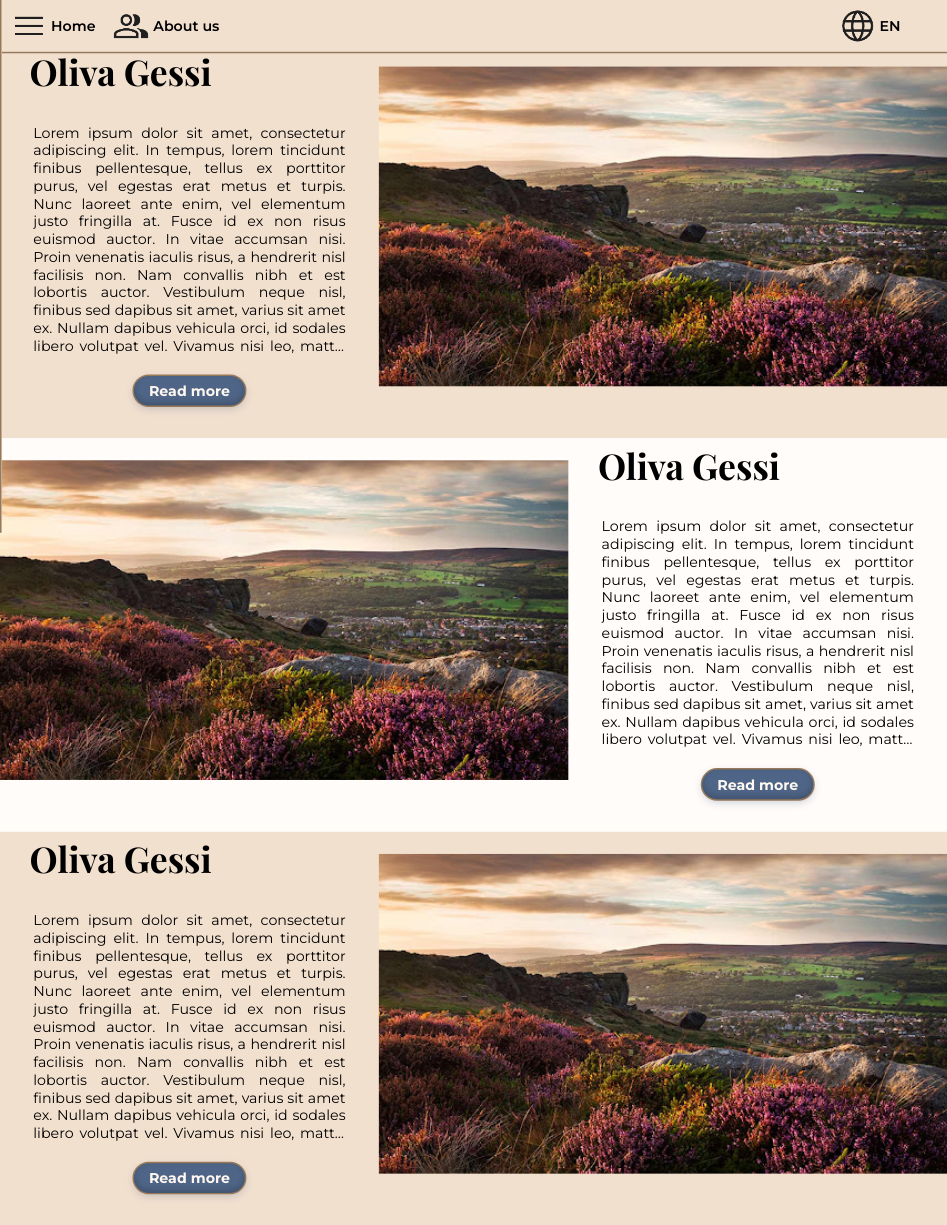
Repository: Seaside-Jokers/Oliva-gessi
Page: index.html
An editor plug-in stored every save of this project. The page is shown before and after the next save, followed by the edit.
The browser window is 1280 px wide. The pictures show the whole page, at 74% of full size.
Some web fonts or font styles are not loaded; a fallback is used.

Above is the page before, as saved 2026-02-18 16:02:56.

### index.html
<!DOCTYPE html>
<html lang="it">
<head>
    <meta charset="UTF-8">
    <title>Oliva Gessi</title>
    <link rel="stylesheet" href="src/style.css">
    <link rel="alternate" hreflang="en" href="index.html">
    <link rel="alternate" hreflang="it" href="index.html">
    <link rel="preconnect" href="https://fonts.googleapis.com">
    <link rel="preconnect" href="https://fonts.gstatic.com" crossorigin>
    <link href="https://fonts.googleapis.com/css2?family=Playfair+Display:ital,wght@0,400..900;1,400..900&display=swap" rel="stylesheet">
</head>
<body>
    <!-- ======================================================================= -->
    <!--                                 NAVBAR                                  -->
    <!-- ======================================================================= -->
    <nav class="navbar">
        <!-- Home -->
        <button class="btn-navbar" type="button" onclick="toggleMenu()">
            <img src="assets/menu_icon.png" data-key="home" alt="Home" class="icone" id="navbar-button">
            <span data-key="home" class="nav-data">Menu</span>
        </button>
        <!-- About us-->
        <button class="btn-navbar" type="button" onclick="location.href='about-us.html'">
            <img src="assets/about_us.png" data-key="about" alt="Chi siamo" class="icone">
            <span data-key="about" class="nav-data">Chi siamo</span>
        </button>
        <!-- Cambio lingua (a destra) -->
        <button class="btn-navbar lang-button" type="button" onclick="changeLang()">
            <img src="assets/language.png" data-key="language" alt="Cambia lingua" class="icone">
            <span data-key="current_language" class="nav-data">IT</span>
        </button>
    </nav>
    <!-- ======================================================================= -->
    <!--                                 SIDEBAR                                 -->
    <!-- ======================================================================= -->
    <!-- Strato trasparente che permette di chiudere il menu cliccando fuori -->
    <div class="clicker" onclick="closeMenu()"></div>
    <!-- Menu laterale vero e proprio -->
    <div class="sidebar" id="sidebar">
        <!-- Chiudi il menu -->
        <button class="sidebar-button" type="button" onclick="closeMenu()">
            <img src="assets/close.png" alt="Chiudi menu" class="icone large">
            <span data-key="close_menu" class="side-data">Chiudi</span>
        </button>
        <!-- About us -->
        <button class="sidebar-button" type="button" onclick="location.href='about-us.html'">
            <img src="assets/about_us.png" alt="Chiudi menu" class="icone large">
            <span data-key="about" class="side-data">Chi siamo</span>
        </button>
        <details>
            <!-- Le varie pagine del file -->
            <summary data-key="cerca_pagina"></summary>
        </details>
    </div>

    <!-- ======================================================================= -->
    <!--                                CONTENUTO                                -->
    <!-- ======================================================================= -->
    <div class="blocco">
        <img src="assets/immagine_16x9.jpg" alt="Foto placeholder del primo blocco" data-key="alt_img1" class="foto-blocco">
        <div class="container-testo-blocco">
            <h1 class="titolo-blocco" data-key="title_1">Oliva Gessi</h1>
            <p class="testo-blocco" data-key="testo_1">Lorem ipsum dolor sit amet, consectetur adipiscing elit. In tempus, lorem tincidunt finibus pellentesque, tellus ex porttitor purus, vel egestas erat metus et turpis. Nunc laoreet ante enim, vel elementum justo fringilla at. Fusce id ex non risus euismod auctor. In vitae accumsan nisi. Proin venenatis iaculis risus, a hendrerit nisl facilisis non. Nam convallis nibh et est lobortis auctor. Vestibulum neque nisl, finibus sed dapibus sit amet, varius sit amet ex. Nullam dapibus vehicula orci, id sodales libero volutpat vel. Vivamus nisi leo, mattis ut est convallis, pharetra ornare ipsum. Fusce elementum velit at massa mattis rutrum. Curabitur tincidunt consectetur nibh, in molestie urna ullamcorper sed. Interdum et malesuada fames ac ante ipsum primis in faucibus.</p>
            <button class="read-more-button" type="button" onclick="" data-key="read_more">Leggi di più</button>
        </div>
    </div>
    <div class="blocco">
        <img src="assets/immagine_16x9.jpg" alt="Foto placeholder del primo blocco" data-key="alt_img1" class="foto-blocco">
        <div class="container-testo-blocco">
            <h1 class="titolo-blocco" data-key="title_1">Oliva Gessi</h1>
            <p class="testo-blocco" data-key="testo_1">Lorem ipsum dolor sit amet, consectetur adipiscing elit. In tempus, lorem tincidunt finibus pellentesque, tellus ex porttitor purus, vel egestas erat metus et turpis. Nunc laoreet ante enim, vel elementum justo fringilla at. Fusce id ex non risus euismod auctor. In vitae accumsan nisi. Proin venenatis iaculis risus, a hendrerit nisl facilisis non. Nam convallis nibh et est lobortis auctor. Vestibulum neque nisl, finibus sed dapibus sit amet, varius sit amet ex. Nullam dapibus vehicula orci, id sodales libero volutpat vel. Vivamus nisi leo, mattis ut est convallis, pharetra ornare ipsum. Fusce elementum velit at massa mattis rutrum. Curabitur tincidunt consectetur nibh, in molestie urna ullamcorper sed. Interdum et malesuada fames ac ante ipsum primis in faucibus.</p>
            <button class="read-more-button" type="button" onclick="" data-key="read_more">Leggi di più</button>
        </div>
    </div>
    <div class="blocco">
        <img src="assets/immagine_16x9.jpg" alt="Foto placeholder del primo blocco" data-key="alt_img1" class="foto-blocco">
        <div class="container-testo-blocco">
            <h1 class="titolo-blocco" data-key="title_1">Oliva Gessi</h1>
            <p class="testo-blocco" data-key="testo_1">Lorem ipsum dolor sit amet, consectetur adipiscing elit. In tempus, lorem tincidunt finibus pellentesque, tellus ex porttitor purus, vel egestas erat metus et turpis. Nunc laoreet ante enim, vel elementum justo fringilla at. Fusce id ex non risus euismod auctor. In vitae accumsan nisi. Proin venenatis iaculis risus, a hendrerit nisl facilisis non. Nam convallis nibh et est lobortis auctor. Vestibulum neque nisl, finibus sed dapibus sit amet, varius sit amet ex. Nullam dapibus vehicula orci, id sodales libero volutpat vel. Vivamus nisi leo, mattis ut est convallis, pharetra ornare ipsum. Fusce elementum velit at massa mattis rutrum. Curabitur tincidunt consectetur nibh, in molestie urna ullamcorper sed. Interdum et malesuada fames ac ante ipsum primis in faucibus.</p>
            <button class="read-more-button" type="button" onclick="" data-key="read_more">Leggi di più</button>
        </div>
    </div>

    <!--=======================================================================-->
    <!--                      DO NOT TOUCH BELOW THIS LINE                     -->
    <!--=======================================================================-->
    <script src="src/database_testo.js"></script>
    <script src="src/color_scheme.js"></script>
    <script src="src/sidebar.js"></script>
    <script src="src/homepage.js"></script>
</body>

<!-- TODO: leggi questo commento e poi eliminalo per favore: quando vuoi aggiungere un nuovo testo modificalo in src/database_testo.js -->
</html>

### src/style.css
/* -------------------------------------------------------------------------- */
/*                                   COLORI                                   */
/* -------------------------------------------------------------------------- */
:root,
[data-theme="light"] {
    /** BACKGROUND */
    --bg-dark:      hsl(30 58% 88%);
    --bg:           hsl(30 100% 94%);
    --bg-light:     hsl(30 100% 99%);

    /** TESTO */
    --text:         hsl(17 100% 4%);
    --text-muted:   hsl(32 47% 25%);
    --highlight:    hsl(31 100% 97%);

    /** BORDI */
    --border:       hsl(31 26% 47%);
    --border-muted: hsl(31 31% 59%);

    /** COLORI INTERFACCIA */
    --primary:      hsl(37 100% 17%);
    --secondary:    hsl(206 82% 26%);
    --danger:       hsl(9 25% 41%);
    --warning:      hsl(51 29% 33%);
    --success:      hsl(148 24% 35%);
    --info:         hsl(217 26% 42%);
}

[data-theme="dark"] {
    /** BACKGROUND */
    --bg-dark:      hsl(18 100% 1%);
    --bg:           hsl(25 93% 4%);
    --bg-light:     hsl(31 65% 7%);

    /** TESTO */
    --text:         hsl(31 100% 92%);
    --text-muted:   hsl(31 39% 67%);
    --highlight:    hsl(31 33% 36%);

    /** BORDI */
    --border:       hsl(32 47% 25%);
    --border-muted: hsl(34 84% 14%);

    /** COLORI INTERFACCIA */
    --primary:      hsl(31 62% 64%);
    --secondary:    hsl(209 77% 71%);
    --danger:       hsl(9 31% 65%);
    --warning:      hsl(52 22% 56%);
    --success:      hsl(147 21% 58%);
    --info:         hsl(217 34% 65%);
}

/* Fallback per chi non ha JavaScript: segue la preferenza di sistema */
@media (prefers-color-scheme: dark) {
    :root:not([data-theme]) {
        /** BACKGROUND */
        --bg-dark:      hsl(18 100% 1%);
        --bg:           hsl(25 93% 4%);
        --bg-light:     hsl(31 65% 7%);

        /** TESTO */
        --text:         hsl(31 100% 92%);
        --text-muted:   hsl(31 39% 67%);
        --highlight:    hsl(31 33% 36%);

        /** BORDI */
        --border:       hsl(32 47% 25%);
        --border-muted: hsl(34 84% 14%);

        /** COLORI INTERFACCIA */
        --primary:      hsl(31 62% 64%);
        --secondary:    hsl(209 77% 71%);
        --danger:       hsl(9 31% 65%);
        --warning:      hsl(52 22% 56%);
        --success:      hsl(147 21% 58%);
        --info:         hsl(217 34% 65%);
    }
}

:root {
    /* --- VALORI PER DESKTOP (Default) --- */

    /* -------------------------------------------------------------------------- */
    /*                                   NAVBAR                                   */
    /* -------------------------------------------------------------------------- */
    --nav-height: 60px;
    --nav-img-size: 50px;
    --nav-font-size: 1.2rem;
    --sidebar-width: 300px;
    /* -------------------------------------------------------------------------- */
    /*                                  HOMEPAGE                                  */
    /* -------------------------------------------------------------------------- */
    --block-dist: 30px;
    --btn-width: 150px;
    --btn-height: 40px;
}

@media (max-aspect-ratio: 1/1) {
    :root {
        /* --- VALORI PER MOBILE (Telefoni e Tablet piccoli) --- */

        /* -------------------------------------------------------------------------- */
        /*                                   NAVBAR                                   */
        /* -------------------------------------------------------------------------- */
        --nav-height: 80px;
        --nav-img-size: 65px;
        --nav-font-size: 2.1rem;
        --sidebar-width: 450px;
        /* -------------------------------------------------------------------------- */
        /*                                  HOMEPAGE                                  */
        /* -------------------------------------------------------------------------- */
        --block-dist: 30px;

        --btn-width: 300px;
        --btn-height: 80px;
    }
}


/* -------------------------------------------------------------------------- */
/*                                    BASE                                    */
/* -------------------------------------------------------------------------- */
/* corpo dell'HTML */
body {
    font-family: 'Montserrat', sans-serif;
    margin: 0;
    padding: 0;
    background-color: var(--bg-light);
    padding-top: var(--nav-height);
}

@font-face {
    font-family: 'Playfair Display';
    src: url('../fonts/Playfair_Display/PlayfairDisplay-VariableFont_wght.ttf') format('truetype');
    font-weight: 100 900;
    font-style: normal;
    font-display: swap;
}
@font-face {
    font-family: 'Playfair Display';
    src: url('../fonts/Playfair_Display/PlayfairDisplay-Italic-VariableFont_wght.ttf') format('truetype');
    font-weight: 100 900;
    font-style: italic;
    font-display: swap;
}

@font-face {
    font-family: 'Montserrat';
    src: url('../fonts/Montserrat/Montserrat-VariableFont_wght.ttf') format('truetype');
    font-weight: 100 900;
    font-style: normal;
    font-display: swap;
}
@font-face {
    font-family: 'Montserrat';
    src: url('../fonts/Montserrat/Montserrat-Italic-VariableFont_wght.ttf') format('truetype');
    font-weight: 100 900;
    font-style: italic;
    font-display: swap;
}

.text {
    font-family: 'Montserrat', sans-serif;
}
.title {
    font-family: 'Playfair Display', serif;
}

h1 {
    font-family: 'Playfair Display', serif;
    font-weight: bold;
}
h2 {
    font-family: 'Playfair Display', serif;
    font-weight: bold;
}
h3 {
    font-family: 'Playfair Display', serif;
    font-weight: bold;
}
h4 {
    font-family: 'Playfair Display', serif;
    font-weight: bold;
}
h5 {
    font-family: 'Playfair Display', serif;
    font-weight: bold;
}
h6 {
    font-family: 'Playfair Display', serif;
    font-weight: bold;
}
p {
    font-family: 'Montserrat', sans-serif;
}
span {
    font-family: 'Montserrat', sans-serif;
}

.l {
    margin-left: 0px;
    margin-right: auto;
}
.r {
    margin-left: auto;
    margin-right: 0px;
    align-items: right;
}

/* -------------------------------------------------------------------------- */
/*                                   NAVBAR                                   */
/* -------------------------------------------------------------------------- */
nav.navbar {
    position: fixed;
    top: 0;
    width: 100%;
    height: var(--nav-height);
    display: flex;
    align-items: center;
    background-color: var(--bg-dark);
    padding: 5px;
    border-bottom: 2px solid var(--border);
}
.icone {
    width: var(--nav-img-size);
    height: auto;
    display: block;
    margin: 0px 5px;
}

button.btn-navbar {
    padding: 4px;
    margin-right: 10px;
    background: none;
    border: none;
    cursor: pointer;
    transition: transform 0.2s;
    display: flex;
    flex-direction: row;
    align-items: center;
    justify-content: center;
    font-family: 'Montserrat', sans-serif;
}
.btn-navbar:hover {
    transform: scale(1.1);
}
button.btn-navbar.lang-button {
    margin-left: auto;
    margin-right: 5vw;
}
button.btn-navbar.ruotata {
    transform: rotate(90deg);
}

span.nav-data {
    font-family: 'Montserrat', sans-serif;
    font-size: var(--nav-font-size);
    font-weight: 600;
}
/* TODO: apertuta menu, rotazione di 90° quando il menù è aperto */

.btn-menu:hover {
    transform: scale(1.1);
}

/* -------------------------------------------------------------------------- */
/*                               SIDEBAR (HOME)                               */
/* -------------------------------------------------------------------------- */
.clicker {
    position: fixed;
    top: 0;
    left: 0;
    width: 0%;
    height: 0%;
    z-index: 1;
}
.clicker.show {
    width: 100%;
    height: 100%;
}
.sidebar {
    position: fixed;
    height: 100%;
    width: var(--sidebar-width);
    position: fixed;
    z-index: 1000;
    top: 0;
    left: calc(-1 * var(--sidebar-width));
    background-color: var(--bg-dark);
    overflow-x: hidden;
    transition: 0.5s;
    flex-direction: column;
    border-right: 2px solid var(--border);
}
.sidebar.aperta {
    left: 0;
}
.sidebar-button {
    background: none;
    border: none;
    display: flex;
    flex-direction: row;
    align-items: center;
    height: var(--nav-height);
    flex: 1;
    margin: 8px 3px;
}
.side-data {
    font-size: var(--nav-font-size);
}
details {
  cursor: pointer;
  font-weight: bold;
  margin-top: 10px;
  margin-bottom: 15px;
  margin-left: 15px;
  font-size: var(--nav-font-size);
}

/* -------------------------------------------------------------------------- */
/*                                  CONTENUTO                                 */
/* -------------------------------------------------------------------------- */
.container {
    display: flex;
    flex-direction: row;
    align-items: center;
    justify-content: center;
    width: 100%;
}
.blurry {
    backdrop-filter: blur(5px);
    -webkit-backdrop-filter: blur(8px);
}

/* Valori per computer */
.blocco {
    width: 100%;
    height: 33.75vw;
    padding-bottom: 70px;
    padding-top: 30px;
    box-sizing: content-box;
    display: flex;
    flex-direction: row;
    align-items: stretch;
    background: none;
    align-items: center;
}
.blocco:nth-child(even) {
    flex-direction: row-reverse;
    flex-direction: row-reverse;
    background: var(--bg-dark);
}
.container-testo-blocco {
    width: auto;
    display: flex;
    flex-direction: column;
    padding: 0px 20px;
    min-height: 0;
    flex: 1;
    overflow: hidden;
}
.titolo-blocco {
    font-size: 3rem;
    margin: 20px;
    font-family: 'Playfair Display', serif;
    flex-shrink: 0;
}
.testo-blocco {
    margin-left: 25px;
    margin-right: 25px;
    flex: 1;
    overflow: hidden;
    min-height: 0;
    font-size: var(--nav-font-size);
    display: -webkit-box;
    -webkit-box-orient: vertical;
    -webkit-line-clamp: 13;
    line-clamp: 13;
    text-align: justify;
    /* line-clamp aggiornato dinamicamente dal JS */
}
.foto-blocco {
    width: 60%;
    height: 100%;
    display: block;
    object-fit: cover;
    flex-shrink: 0;
}
.read-more-button {
    width: var(--btn-width);
    height: var(--btn-height);
    margin-top: 10px;
    margin-bottom: 20px;
    margin-left: calc(50% - var(--btn-width) / 2);
    background-color: var(--info);
    border: none;
    color: var(--highlight);
    font-size: var(--nav-font-size);
    font-family: 'Montserrat', sans-serif;
    cursor: pointer;
    font-weight: 700;
    border-radius: calc(var(--btn-height) / 2);
    border: none;
    box-shadow:
        0 0 0 2px var(--border),
        inset 0 -4px 8px hsl(0 0% 0% / 0.2),
        0 4px 12px hsl(217 26% 42% / 0.3);
    transition: all 0.2s ease;
    flex-shrink: 0;
}
.read-more-button:hover {
    box-shadow:
        0 0 0 3px var(--border-muted),
        inset 0 -2px 4px hsl(0 0% 0% / 0.15),
        0 6px 16px hsl(209 77% 71% / 0.4);
    transform: translateY(-2px);
}

@media (max-aspect-ratio: 1/1), (max-width: 1000px) {
    /* Valori per telefono */
    .blocco {
        height: auto;
        padding-bottom: 30px;
        padding-top: 0px;
        flex-direction: column;
        border-bottom: 2px solid var(--highlight);
    }
    .blocco:nth-child(even) {
        flex-direction: column;
    }
    .titolo-blocco {
        font-size: 5rem;
    }
    .foto-blocco {
        width: 100%;
        height: auto;
        aspect-ratio: 16/9;
    }
    .testo-blocco {
        -webkit-line-clamp: 10;
        line-clamp: 10;
    }
}



/* -------------------------------------------------------------------------- */
/*                              IMG (ABOUT US)                               */
/* -------------------------------------------------------------------------- */



#jacopo {

    margin: 100px 100px;
}

/*
    Fonts: https://ctrl-z.it/9-font-architettura-tavole-portfolio https://material-f/
    Design: foundation.github.io/material-theme-builder/
    Design: https://www.iamsajid.com/css-tricks/
    Fonts: Playfair Display (titoli), Montserrat (testo normale)
*/

### src/sidebar.js
let menuAperto = false;

function toggleMenu() {
    menuAperto = !menuAperto;

    const icon = document.getElementById("navbar-button");
    icon.classList.toggle('ruotata');

    const menu = document.getElementById("sidebar");
    menu.classList.toggle('aperta');

    const clicker = document.querySelector(".clicker");
    clicker.classList.toggle('show');
}
function closeMenu() {
    if(!menuAperto) return;
    toggleMenu();
}

### src/homepage.js
function clampTesti() {
    document.querySelectorAll('.blocco').forEach(blocco => {
        const img    = blocco.querySelector('.foto-blocco');
        const testo  = blocco.querySelector('.testo-blocco');
        const titolo = blocco.querySelector('.titolo-blocco');
        const btn    = blocco.querySelector('.read-more-button');
        if (!img || !testo) return;

        // Altezza reale della foto (rispetta aspect-ratio e zoom)
        const imgH = img.getBoundingClientRect().height;

        // Spazio occupato da titolo e pulsante (margini inclusi)
        const titleH = titolo ? titolo.getBoundingClientRect().height
                                + parseFloat(getComputedStyle(titolo).marginTop)
                                + parseFloat(getComputedStyle(titolo).marginBottom)
                              : 0;
        const btnH   = btn    ? btn.getBoundingClientRect().height
                                + parseFloat(getComputedStyle(btn).marginTop)
                                + parseFloat(getComputedStyle(btn).marginBottom)
                              : 0;

        // Padding del container
        const contStyle = getComputedStyle(testo.parentElement);
        const padV = parseFloat(contStyle.paddingTop) + parseFloat(contStyle.paddingBottom);

        const disponibile = imgH - titleH - btnH - padV
                            - parseFloat(getComputedStyle(testo).marginTop)
                            - parseFloat(getComputedStyle(testo).marginBottom);

        const lineH = parseFloat(getComputedStyle(testo).lineHeight);
        const righe = Math.max(1, Math.floor(disponibile / lineH));

        testo.style.webkitLineClamp = righe;
        testo.style.lineClamp       = righe;
    });
}

// Ricalcola ad ogni resize (zoom incluso) e al caricamento immagini
window.addEventListener('resize', clampTesti);
document.querySelectorAll('.foto-blocco').forEach(img => {
    img.addEventListener('load', clampTesti);
    if (img.complete) clampTesti();
});
document.addEventListener('DOMContentLoaded', clampTesti);

Loaded but not shown: src/color_scheme.js (155 lines, source omitted); src/database_testo.js (94 lines, source omitted)

After the next save:
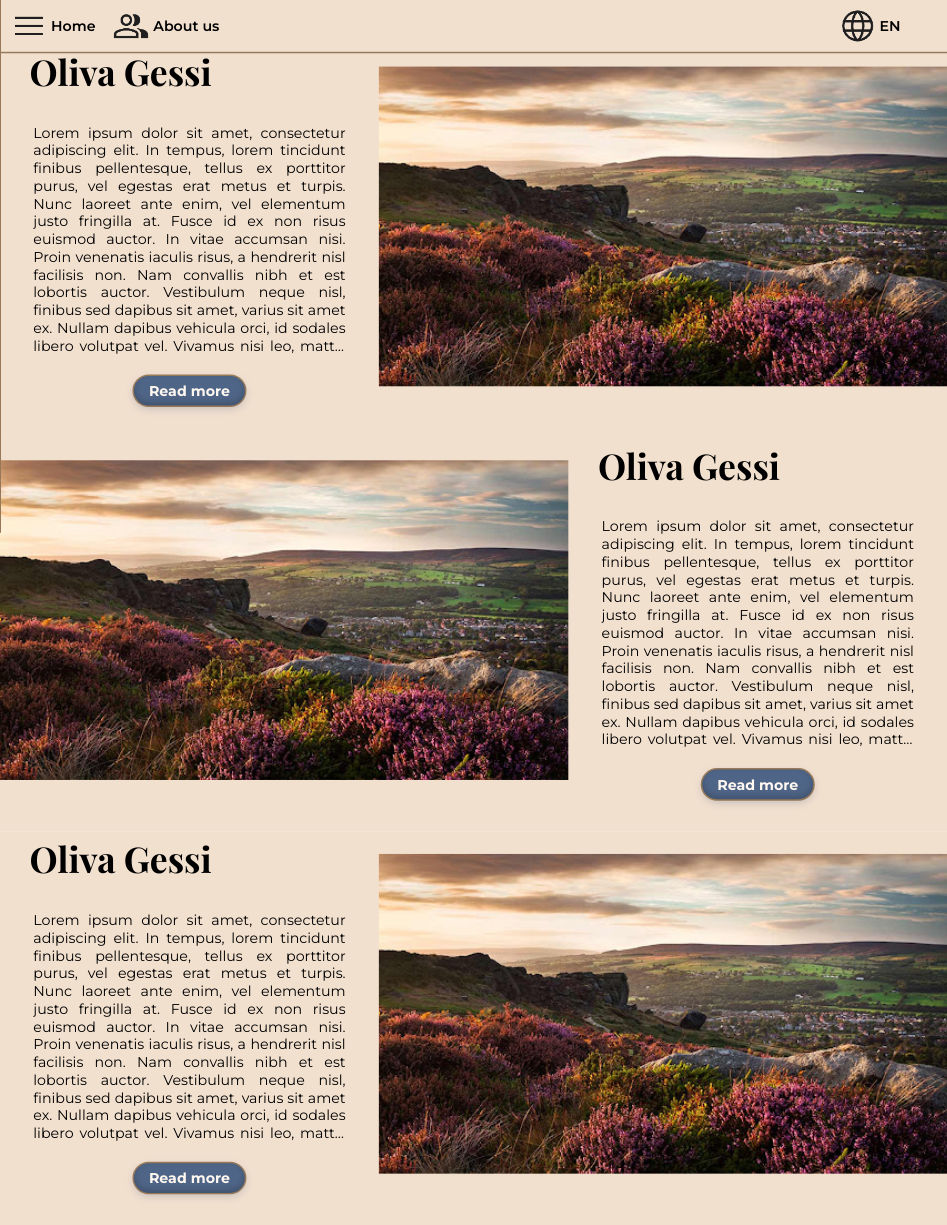
Saved 34 s later.
--- a/src/style.css
+++ b/src/style.css
@@ -344,11 +344,12 @@ details {
     align-items: stretch;
     background: none;
     align-items: center;
+    background: var(--bg-dark);
 }
 .blocco:nth-child(even) {
     flex-direction: row-reverse;
     flex-direction: row-reverse;
-    background: var(--bg-dark);
+
 }
 .container-testo-blocco {
     width: auto;
